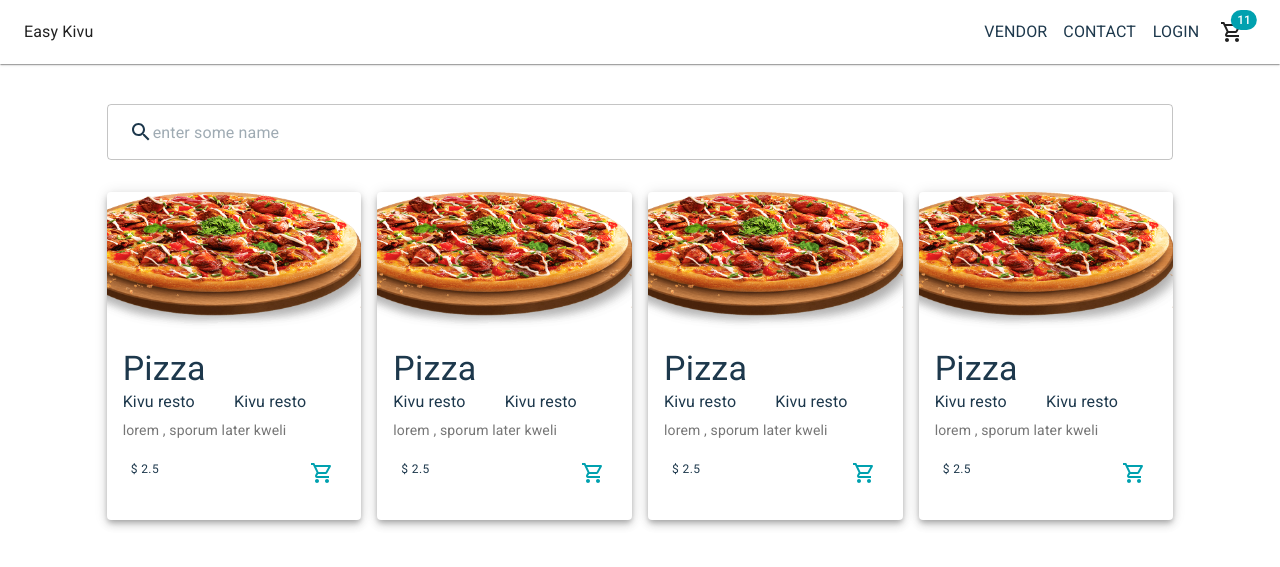
Repository: kilamaelie/jokes-dapp
Page: /
These files come from the project's save history. The page is drawn as it stood at one moment and after the next save; the edit follows.
The browser window is 1280 px wide. The pictures show the whole page.
The project was rebuilt for these pictures with package versions that can differ from the ones it lists, and the page was loaded fresh each time. Also part of the build but not shown: src/ui/page/dashboard/dashboard.js.

Above is the page before, as saved 2021-06-28 02:54:04.

### src/App.js
import React from 'react'
import {BrowserRouter as Router ,Switch,Route} from 'react-router-dom'
import {ThemeProvider } from "@material-ui/core/styles";
import theme from './App_theme/theme'
import CssBaseline from '@material-ui/core/CssBaseline'
import Main from './ui/page/website/main'
import Dashboards from  './ui/page/dashboard/dashboard'
import AppBars from './ui/widget/appbar'



const App =()=>{


  return (
    <ThemeProvider theme={theme}>
      <CssBaseline>
          <Router>
            <AppBars/>
            <Switch>
              <Route path='/dashboard' component={Dashboards}/>
              <Route path= '/' component={Main}/>
            </Switch>
          </Router>
      </CssBaseline>
    </ThemeProvider>
  )
}

export default App

### src/App_theme/theme.js
import {createMuiTheme} from '@material-ui/core/styles'


const theme =createMuiTheme({
    palette:{
        primary:{
          main: '#FFF'
        },
        secondary:{
          main: '#00A1AF'
        },
        background:{
          default:'#FFF'
        },
        text:{
          primary:'#1D384C'
        }

      }
})

export default theme

### src/ui/page/website/main.js
import React from 'react'
import {Switch,Route} from 'react-router-dom'
import Home from './screen/home'



const Main =()=>{
    return (
            <Switch>

                <Route exact path= '/' component={Home}/>
            </Switch>
        )
}

export default Main

### src/ui/widget/appbar.js
import React,{useState} from 'react'
import {Grid,AppBar,Toolbar,IconButton,Typography,Button,Dialog,DialogContent,DialogContentText,MenuItem,Menu,Badge} from '@material-ui/core';
import RestaurantMenuIcon from '@material-ui/icons/RestaurantMenu';
import AccountCircle from '@material-ui/icons/AccountCircle';
import NotificationsIcon from '@material-ui/icons/Notifications';
import MoreIcon from '@material-ui/icons/MoreVert';
import { useTheme} from '@material-ui/core/styles'
import useMediaQuery from '@material-ui/core/useMediaQuery';
import useStyles from '../style'
import {Link} from 'react-router-dom'
import ShoppingCartOutlinedIcon from '@material-ui/icons/ShoppingCartOutlined';




const AppBars =()=>{

  const classes = useStyles();
  const [open, setOpen] = useState(false);
  const theme = useTheme();
  const fullScreen = useMediaQuery(theme.breakpoints.down('sm'));

  const handleClickOpen = () => {
    setOpen(true);
  };
  const handleClose = () => {
    setOpen(false);
  };
  // for the app bar

  const [anchorEl, setAnchorEl] = React.useState(null);
  const [mobileMoreAnchorEl, setMobileMoreAnchorEl] = React.useState(null);

  const isMenuOpen = Boolean(anchorEl);
  const isMobileMenuOpen = Boolean(mobileMoreAnchorEl);

  const handleProfileMenuOpen = (event) => {
    setAnchorEl(event.currentTarget);
  };
  const handleMenuClose = () => {
    setAnchorEl(null);
    handleMobileMenuClose();
  };
  const handleMobileMenuClose = () => {
    setMobileMoreAnchorEl(null);
  };
  const handleMobileMenuOpen = (event) => {
    setMobileMoreAnchorEl(event.currentTarget);
  };
  const handleLogoutAndMenuClose = () =>{
    const logout = localStorage.removeItem('token')
    localStorage.removeItem('id')
    localStorage.removeItem('user')
    setAnchorEl(null);
    handleMobileMenuClose();
    window.location.reload();
    return logout
  }

  const menuId = 'primary-search-account-menu';
  const renderMenu = (
    <Menu
      anchorEl={anchorEl}
      anchorOrigin={{ vertical: 'top', horizontal: 'right' }}
      id={menuId}
      keepMounted
      transformOrigin={{ vertical: 'top', horizontal: 'right' }}
      open={isMenuOpen}
      onClose={handleMenuClose}
    >
      <MenuItem onClick={handleMenuClose}>Profile</MenuItem>
      <MenuItem onClick={handleLogoutAndMenuClose}>Logout</MenuItem>
    </Menu>
  );

  const mobileMenuId = 'primary-search-account-menu-mobile';
  const renderMobileMenu = (
    <Menu
      anchorEl={mobileMoreAnchorEl}
      anchorOrigin={{ vertical: 'top', horizontal: 'right' }}
      id={mobileMenuId}
      keepMounted
      transformOrigin={{ vertical: 'top', horizontal: 'right' }}
      open={isMobileMenuOpen}
      onClose={handleMobileMenuClose}
    >
          <MenuItem>
          <Typography className={classes.typoAppbar}>VENDOR</Typography>
          </MenuItem>
          <MenuItem>
           <Typography className={classes.typoAppbar}>Contact</Typography>
          </MenuItem>
          {/* {
            token!=null? <div>
               <MenuItem>
        <IconButton aria-label="show 11 new notifications" color="inherit">
          <Badge badgeContent={11} color="secondary">
            <NotificationsIcon />
          </Badge>
        </IconButton>
        <p>Notifications</p>
      </MenuItem>
      <MenuItem onClick={handleProfileMenuOpen}>
        <IconButton
          aria-label="account of current user"
          aria-controls="primary-search-account-menu"
          aria-haspopup="true"
          color="inherit"
        >
          <AccountCircle />
        </IconButton>
        <p>Profile</p>
      </MenuItem>
            </div>

            :  */}
             <div>
              <MenuItem>
            <Button onClick={handleClickOpen}><Typography className={classes.typoAppbar}>Login</Typography></Button>
                    <Dialog
                        // fullScreen={fullScreen}
                        open={open}
                        onClose={handleClose}
                        aria-labelledby="responsive-dialog-title"
                          >
                            <DialogContent>
                              <DialogContentText>
                                  {/* <Login/> */}
                              </DialogContentText>
                            </DialogContent>
                    </Dialog>
          </MenuItem>
            </div>
          {/* } */}


    </Menu>
  );
  return (
      <Grid container direction='row'>
          {/* <Grid item xs={1} sm={1}></Grid> */}
          <Grid item xs={12} sm={12}>
          <AppBar position="fixe" elevation={1}  >
        <Toolbar>
          {/* <IconButton
            component={Link}
            to='/'
            edge="start"
            className={classes.menuButton}
            color="inherit"
            aria-label="open drawer"
          >
            <RestaurantMenuIcon className={classes.icon} />
          </IconButton> */}
          <Typography className={classes.title}  noWrap>
            Easy Kivu
          </Typography>

          <div className={classes.grow} />
          <div className={classes.sectionDesktop}>
             <Button ><Typography className={classes.typoAppbar}>VENDOR</Typography></Button>
            <Button><Typography className={classes.typoAppbar}>CONTACT</Typography></Button>
            {/* {token!=null?
            <div>
            <IconButton aria-label="show 17 new notifications" color="inherit">
              <Badge badgeContent={17} color="secondary">
                <NotificationsIcon  color="secondary"/>
              </Badge>
            </IconButton>
            <IconButton
              edge="end"
              aria-label="account of current user"
              aria-controls={menuId}
              aria-haspopup="true"
              onClick={handleProfileMenuOpen}
              color="inherit"
            >
              <AccountCircle color="secondary" />
            </IconButton>
            </div>
            : */}
            <div>
               <Button onClick={handleClickOpen}><Typography className={classes.typoAppbar}>LOGIN</Typography></Button>
                <Dialog
                    // fullScreen={fullScreen}
                    open={open}
                    onClose={handleClose}
                    aria-labelledby="responsive-dialog-title"
                      >
                        <DialogContent>
                          <DialogContentText>
                          {/* <Login/> */}
                          </DialogContentText>
                        </DialogContent>

                    </Dialog>
            </div>

            {/* } */}

          </div>
          <IconButton aria-label="show 11 new notifications" color="inherit">
          <Badge badgeContent={11} color="secondary">
            <ShoppingCartOutlinedIcon />
          </Badge>
        </IconButton>
          <div className={classes.sectionMobile}>
            <IconButton
              aria-label="show more"
              aria-controls={mobileMenuId}
              aria-haspopup="true"
              onClick={handleMobileMenuOpen}
              color="inherit"
            >
              <MoreIcon className={classes.icon} />
            </IconButton>
          </div>
        </Toolbar>
      </AppBar>
      {renderMobileMenu}
      {renderMenu}
          </Grid>
          {/* <Grid item xs={1} sm={1}></Grid> */}
      </Grid>
  )

}
export default AppBars

### src/ui/page/website/screen/home.js
import React from 'react'
import useStyles from '../../../style'
import {Grid,TextField,InputAdornment} from '@material-ui/core'
import SearchIcon from '@material-ui/icons/Search';
import CardItem from '../screen/widget/card'


const Home = () =>{
    const classes =useStyles()

    return (
        <Grid container direction='row' className={classes.margin_40} >
            <Grid item xs={1} sm={1}></Grid>
            <Grid item xs={10} sm={10}  >
               <Grid container spacing={4}  >
                   <Grid item xs={12} sm={12}>
                       <TextField
                        variant='outlined'
                        fullWidth
                        onFocus
                        placeholder="enter some name"
                        InputProps={{
                            startAdornment: (
                              <InputAdornment position="end">
                                <SearchIcon />
                              </InputAdornment>
                            ),
                          }}
                       />
                   </Grid>
                   <Grid item xs={12} sm={12}>
                       <Grid container spacing ={2}>
                           <Grid item xs={12} sm={3}>
                           <CardItem/>
                           </Grid>
                           <Grid item xs={12} sm={3}>
                           <CardItem/>
                           </Grid>
                           <Grid item xs={12} sm={3}>
                           <CardItem/>
                           </Grid>
                           <Grid item xs={12} sm={3}>
                           <CardItem/>
                           </Grid>
                       </Grid>
                   </Grid>
               </Grid>
            </Grid>
            <Grid item xs={1} sm={1}></Grid>
        </Grid>
    )
}

export default Home

### src/ui/style.js
import {makeStyles} from '@material-ui/core/styles'

export default makeStyles((theme)=>({

    app:{
        background:'white',
        //marginTop:10,
        // marginbo

    },
    title:{
        color:theme.palette.primary.secondary,
        fontWeight:400,

    },
    grow: {
        flexGrow: 1,
      },
      menuButton: {
        marginRight: theme.spacing(4),
      },
      title: {
        display: '',
        color:theme.palette.primary.secondary,
        fontWeight: 400 ,
        [theme.breakpoints.up('sm')]: {
          display: 'block',
          fontWeight: 400
        },
      },

      sectionDesktop: {
        display: 'none',
        [theme.breakpoints.up('md')]: {
          display: 'flex',
        },
      },
      sectionMobile: {
        display: 'flex',
        [theme.breakpoints.up('md')]: {
          display: 'none',
        },
      },
    icon:{
        color:theme.palette.primary.secondary,
    },
    typoAppbar:{
      color:theme.palette.primary.secondary,
      fontSize: 15,
      fontWeight:400
    },
    homeAppbar:{
      marginTop:40,
      backgroundColor:theme.palette.primary.secondary,
      height:80,
      borderRadius:"10px"
    },
    margin_40:{
      marginTop: 40,
      marginBottom:40
    }

}))

### src/ui/page/website/screen/widget/card.js
import React from 'react'
import {Grid,TextField,Typography,IconButton} from '@material-ui/core'
import Card from '@material-ui/core/Card';
import CardActionArea from '@material-ui/core/CardActionArea';
import CardActions from '@material-ui/core/CardActions';
import CardContent from '@material-ui/core/CardContent';
import CardMedia from '@material-ui/core/CardMedia';
import Button from '@material-ui/core/Button';
import Pizza from '../../../../../assets/pizza.png'
import ShoppingCartOutlinedIcon from '@material-ui/icons/ShoppingCartOutlined';


const CardItem =()=>{
    return (
        <Card elevation={5} >
        {/* <CardActionArea> */}
          <CardMedia
            style={{height:140}}
            image={Pizza}
            // title={imagetitle}
          />
          <CardContent>
            <Typography variant="caption" variant='h4' component="h2" >
              Pizza
            </Typography>
            <Grid container>
              <Grid item xs={6} sm={6}>
              <Typography align='ri'  component="h2" >
              Kivu resto
            </Typography>
              </Grid>
             < Grid item xs={6} sm={6}>
              <Typography gutterBottom  component="h2" >
              Kivu resto
            </Typography>
              </Grid>
            </Grid>

            <Typography variant="body2" color="textSecondary" style={{height:30}}>
             lorem , sporum later kweli
            </Typography>

        {/* </CardActionArea> */}
        <CardActions>
          <Grid container>
            <Grid item sm={6} md={6} xs={6} justify="center">
              <Typography variant="caption">
                $ 2.5
              </Typography>
            </Grid>
            <Grid item md={6} xs={6}>
              <Grid container direction="column" justify="center" alignItems="flex-end">
              <IconButton size="small" color="secondary" >
                <ShoppingCartOutlinedIcon/>
              </IconButton>
              </Grid>
            </Grid>
          </Grid>

        </CardActions>
        </CardContent>
      </Card>
    )
}


export default CardItem;

Loaded but not shown: public/index.html (common file); src/index.js (common file); src/index.css (common file); src/reportWebVitals.js (common file)

After the next save:
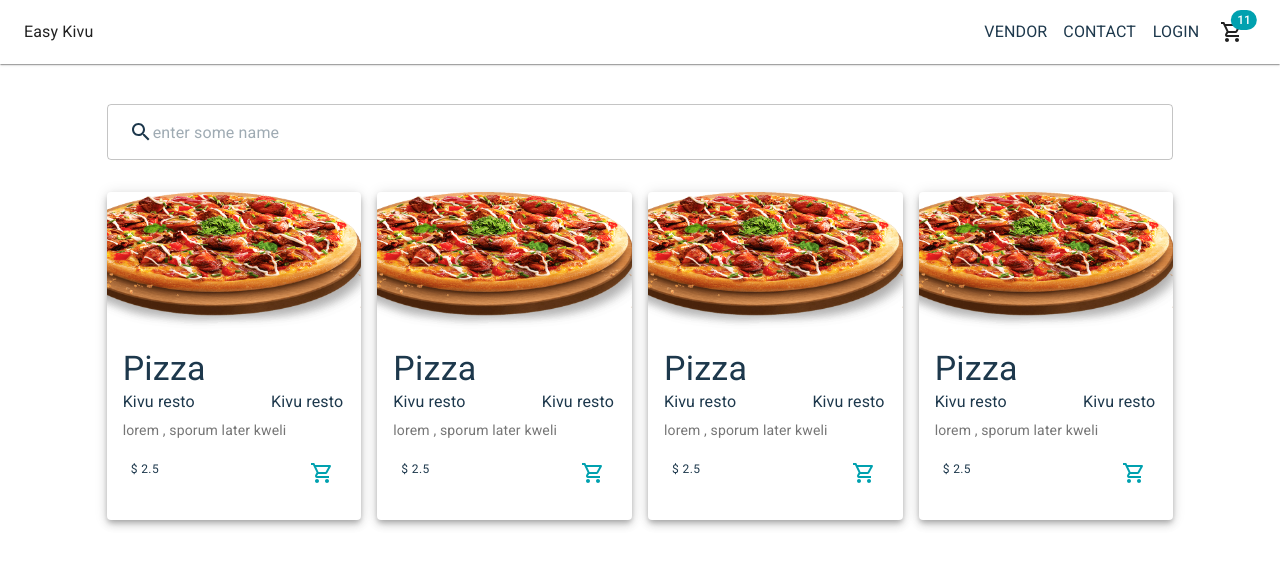
Saved 27 s later.
--- a/src/ui/page/website/screen/widget/card.js
+++ b/src/ui/page/website/screen/widget/card.js
@@ -24,12 +24,12 @@ const CardItem =()=>{
               Pizza
             </Typography>
             <Grid container>
-              <Grid item xs={6} sm={6}>
+              <Grid item xs={8} sm={8}>
               <Typography align='ri'  component="h2" >
               Kivu resto
             </Typography>
               </Grid>
-             < Grid item xs={6} sm={6}>
+             < Grid item xs={4} sm={4}>
               <Typography gutterBottom  component="h2" >
               Kivu resto
             </Typography>
